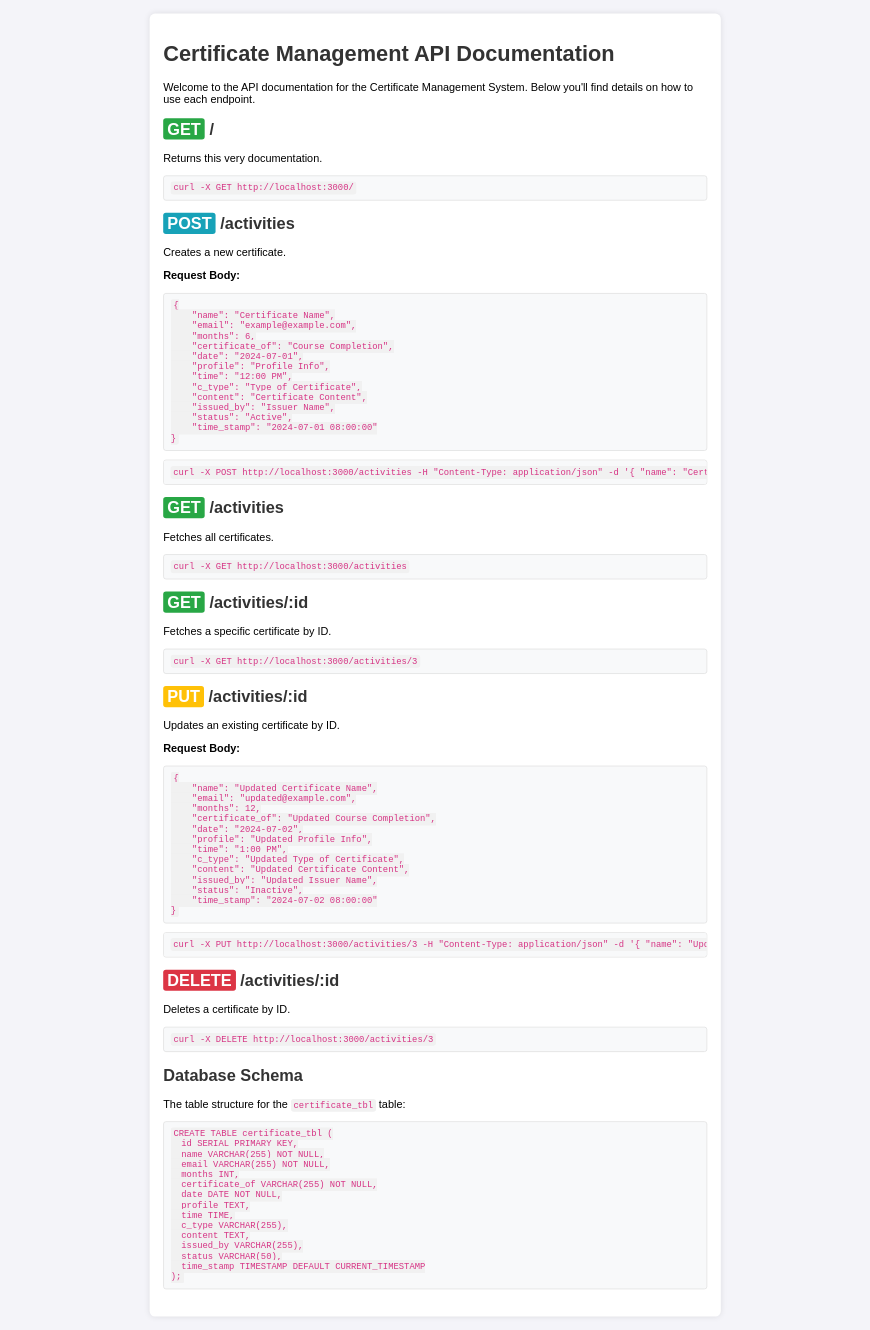
Repository: SpicierEwe/eod_node_express_server
Page: api_documentation/documentation.html
The author's editor kept a copy of each file at every save. The page is drawn from the files as they stood at one save, then again after the next save.
The browser window is 1280 px wide. The pictures show the whole page, at 68% of full size.

Above is the page before, as saved 2024-07-30 17:01:10.

### api_documentation/documentation.html
<!DOCTYPE html>
<html lang="en">
  <head>
    <meta charset="UTF-8" />
    <meta name="viewport" content="width=device-width, initial-scale=1.0" />
    <title>Certificate Management API Documentation</title>
    <style>
      body {
        font-family: Arial, sans-serif;
        background-color: #f4f4f9;
        margin: 0;
        padding: 20px;
      }
      .container {
        max-width: 800px;
        margin: auto;
        background: #fff;
        padding: 20px;
        box-shadow: 0 0 10px rgba(0, 0, 0, 0.1);
        border-radius: 8px;
      }
      h1,
      h2 {
        color: #333;
      }
      .route {
        margin: 20px 0;
      }
      .method {
        font-weight: bold;
        color: #fff;
        background: #007bff;
        padding: 2px 6px;
        border-radius: 4px;
      }
      .method.get {
        background: #28a745;
      }
      .method.post {
        background: #17a2b8;
      }
      .method.put {
        background: #ffc107;
      }
      .method.delete {
        background: #dc3545;
      }
      code {
        background: #f1f1f1;
        padding: 2px 4px;
        border-radius: 4px;
        color: #d63384;
      }
      pre {
        background: #f8f9fa;
        padding: 10px;
        border-radius: 4px;
        overflow: auto;
        border: 1px solid #ddd;
      }
    </style>
  </head>
  <body>
    <div class="container">
      <h1>Certificate Management API Documentation</h1>
      <p>
        Welcome to the API documentation for the Certificate Management System.
        Below you'll find details on how to use each endpoint.
      </p>

      <div class="route">
        <h2><span class="method get">GET</span> /</h2>
        <p>Returns this very documentation.</p>
        <pre><code>curl -X GET http://localhost:3000/</code></pre>
      </div>

      <div class="route">
        <h2><span class="method post">POST</span> /activities</h2>
        <p>Creates a new certificate.</p>
        <p><strong>Request Body:</strong></p>
        <pre><code>{
    "name": "Certificate Name",
    "email": "example@example.com",
    "months": 6,
    "certificate_of": "Course Completion",
    "date": "2024-07-01",
    "profile": "Profile Info",
    "time": "12:00 PM",
    "c_type": "Type of Certificate",
    "content": "Certificate Content",
    "issued_by": "Issuer Name",
    "status": "Active",
    "time_stamp": "2024-07-01 08:00:00"
}</code></pre>
        <pre><code>curl -X POST http://localhost:3000/activities -H "Content-Type: application/json" -d '{ "name": "Certificate Name", "email": "example@example.com", "months": 6, "certificate_of": "Course Completion", "date": "2024-07-01", "profile": "Profile Info", "time": "12:00 PM", "c_type": "Type of Certificate", "content": "Certificate Content", "issued_by": "Issuer Name", "status": "Active", "time_stamp": "2024-07-01 08:00:00" }'</code></pre>
      </div>

      <div class="route">
        <h2><span class="method get">GET</span> /activities</h2>
        <p>Fetches all certificates.</p>
        <pre><code>curl -X GET http://localhost:3000/activities</code></pre>
      </div>

      <div class="route">
        <h2><span class="method get">GET</span> /activities/:id</h2>
        <p>Fetches a specific certificate by ID.</p>
        <pre><code>curl -X GET http://localhost:3000/activities/3</code></pre>
      </div>

      <div class="route">
        <h2><span class="method put">PUT</span> /activities/:id</h2>
        <p>Updates an existing certificate by ID.</p>
        <p><strong>Request Body:</strong></p>
        <pre><code>{
    "name": "Updated Certificate Name",
    "email": "updated@example.com",
    "months": 12,
    "certificate_of": "Updated Course Completion",
    "date": "2024-07-02",
    "profile": "Updated Profile Info",
    "time": "1:00 PM",
    "c_type": "Updated Type of Certificate",
    "content": "Updated Certificate Content",
    "issued_by": "Updated Issuer Name",
    "status": "Inactive",
    "time_stamp": "2024-07-02 08:00:00"
}</code></pre>
        <pre><code>curl -X PUT http://localhost:3000/activities/3 -H "Content-Type: application/json" -d '{ "name": "Updated Certificate Name", "email": "updated@example.com", "months": 12, "certificate_of": "Updated Course Completion", "date": "2024-07-02", "profile": "Updated Profile Info", "time": "1:00 PM", "c_type": "Updated Type of Certificate", "content": "Updated Certificate Content", "issued_by": "Updated Issuer Name", "status": "Inactive", "time_stamp": "2024-07-02 08:00:00" }'</code></pre>
      </div>

      <div class="route">
        <h2><span class="method delete">DELETE</span> /activities/:id</h2>
        <p>Deletes a certificate by ID.</p>
        <pre><code>curl -X DELETE http://localhost:3000/activities/3</code></pre>
      </div>

      <div class="route">
        <h2>Database Schema</h2>
        <p>The table structure for the <code>certificate_tbl</code> table:</p>
        <pre><code>CREATE TABLE certificate_tbl (
  id SERIAL PRIMARY KEY,
  name VARCHAR(255) NOT NULL,
  email VARCHAR(255) NOT NULL,
  months INT,
  certificate_of VARCHAR(255) NOT NULL,
  date DATE NOT NULL,
  profile TEXT,
  time TIME,
  c_type VARCHAR(255),
  content TEXT,
  issued_by VARCHAR(255),
  status VARCHAR(50),
  time_stamp TIMESTAMP DEFAULT CURRENT_TIMESTAMP
);
</code></pre>
      </div>
    </div>
  </body>
</html>

After the next save:
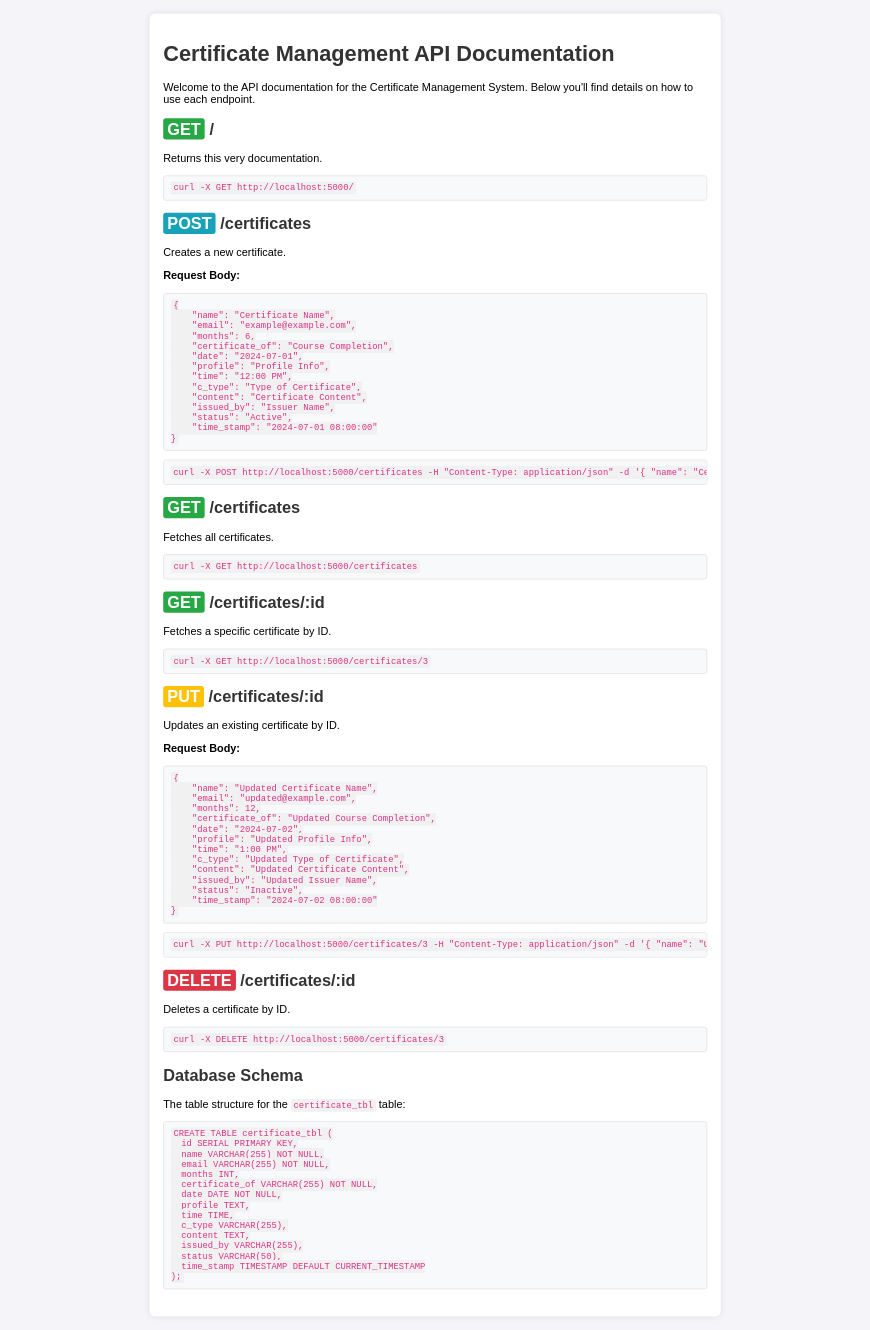
Saved 3 min 53 s later.
--- a/api_documentation/documentation.html
+++ b/api_documentation/documentation.html
@@ -71,11 +71,11 @@
       <div class="route">
         <h2><span class="method get">GET</span> /</h2>
         <p>Returns this very documentation.</p>
-        <pre><code>curl -X GET http://localhost:3000/</code></pre>
+        <pre><code>curl -X GET http://localhost:5000/</code></pre>
       </div>
 
       <div class="route">
-        <h2><span class="method post">POST</span> /activities</h2>
+        <h2><span class="method post">POST</span> /certificates</h2>
         <p>Creates a new certificate.</p>
         <p><strong>Request Body:</strong></p>
         <pre><code>{
@@ -92,23 +92,23 @@
     "status": "Active",
     "time_stamp": "2024-07-01 08:00:00"
 }</code></pre>
-        <pre><code>curl -X POST http://localhost:3000/activities -H "Content-Type: application/json" -d '{ "name": "Certificate Name", "email": "example@example.com", "months": 6, "certificate_of": "Course Completion", "date": "2024-07-01", "profile": "Profile Info", "time": "12:00 PM", "c_type": "Type of Certificate", "content": "Certificate Content", "issued_by": "Issuer Name", "status": "Active", "time_stamp": "2024-07-01 08:00:00" }'</code></pre>
+        <pre><code>curl -X POST http://localhost:5000/certificates -H "Content-Type: application/json" -d '{ "name": "Certificate Name", "email": "example@example.com", "months": 6, "certificate_of": "Course Completion", "date": "2024-07-01", "profile": "Profile Info", "time": "12:00 PM", "c_type": "Type of Certificate", "content": "Certificate Content", "issued_by": "Issuer Name", "status": "Active", "time_stamp": "2024-07-01 08:00:00" }'</code></pre>
       </div>
 
       <div class="route">
-        <h2><span class="method get">GET</span> /activities</h2>
+        <h2><span class="method get">GET</span> /certificates</h2>
         <p>Fetches all certificates.</p>
-        <pre><code>curl -X GET http://localhost:3000/activities</code></pre>
+        <pre><code>curl -X GET http://localhost:5000/certificates</code></pre>
       </div>
 
       <div class="route">
-        <h2><span class="method get">GET</span> /activities/:id</h2>
+        <h2><span class="method get">GET</span> /certificates/:id</h2>
         <p>Fetches a specific certificate by ID.</p>
-        <pre><code>curl -X GET http://localhost:3000/activities/3</code></pre>
+        <pre><code>curl -X GET http://localhost:5000/certificates/3</code></pre>
       </div>
 
       <div class="route">
-        <h2><span class="method put">PUT</span> /activities/:id</h2>
+        <h2><span class="method put">PUT</span> /certificates/:id</h2>
         <p>Updates an existing certificate by ID.</p>
         <p><strong>Request Body:</strong></p>
         <pre><code>{
@@ -125,13 +125,13 @@
     "status": "Inactive",
     "time_stamp": "2024-07-02 08:00:00"
 }</code></pre>
-        <pre><code>curl -X PUT http://localhost:3000/activities/3 -H "Content-Type: application/json" -d '{ "name": "Updated Certificate Name", "email": "updated@example.com", "months": 12, "certificate_of": "Updated Course Completion", "date": "2024-07-02", "profile": "Updated Profile Info", "time": "1:00 PM", "c_type": "Updated Type of Certificate", "content": "Updated Certificate Content", "issued_by": "Updated Issuer Name", "status": "Inactive", "time_stamp": "2024-07-02 08:00:00" }'</code></pre>
+        <pre><code>curl -X PUT http://localhost:5000/certificates/3 -H "Content-Type: application/json" -d '{ "name": "Updated Certificate Name", "email": "updated@example.com", "months": 12, "certificate_of": "Updated Course Completion", "date": "2024-07-02", "profile": "Updated Profile Info", "time": "1:00 PM", "c_type": "Updated Type of Certificate", "content": "Updated Certificate Content", "issued_by": "Updated Issuer Name", "status": "Inactive", "time_stamp": "2024-07-02 08:00:00" }'</code></pre>
       </div>
 
       <div class="route">
-        <h2><span class="method delete">DELETE</span> /activities/:id</h2>
+        <h2><span class="method delete">DELETE</span> /certificates/:id</h2>
         <p>Deletes a certificate by ID.</p>
-        <pre><code>curl -X DELETE http://localhost:3000/activities/3</code></pre>
+        <pre><code>curl -X DELETE http://localhost:5000/certificates/3</code></pre>
       </div>
 
       <div class="route">
